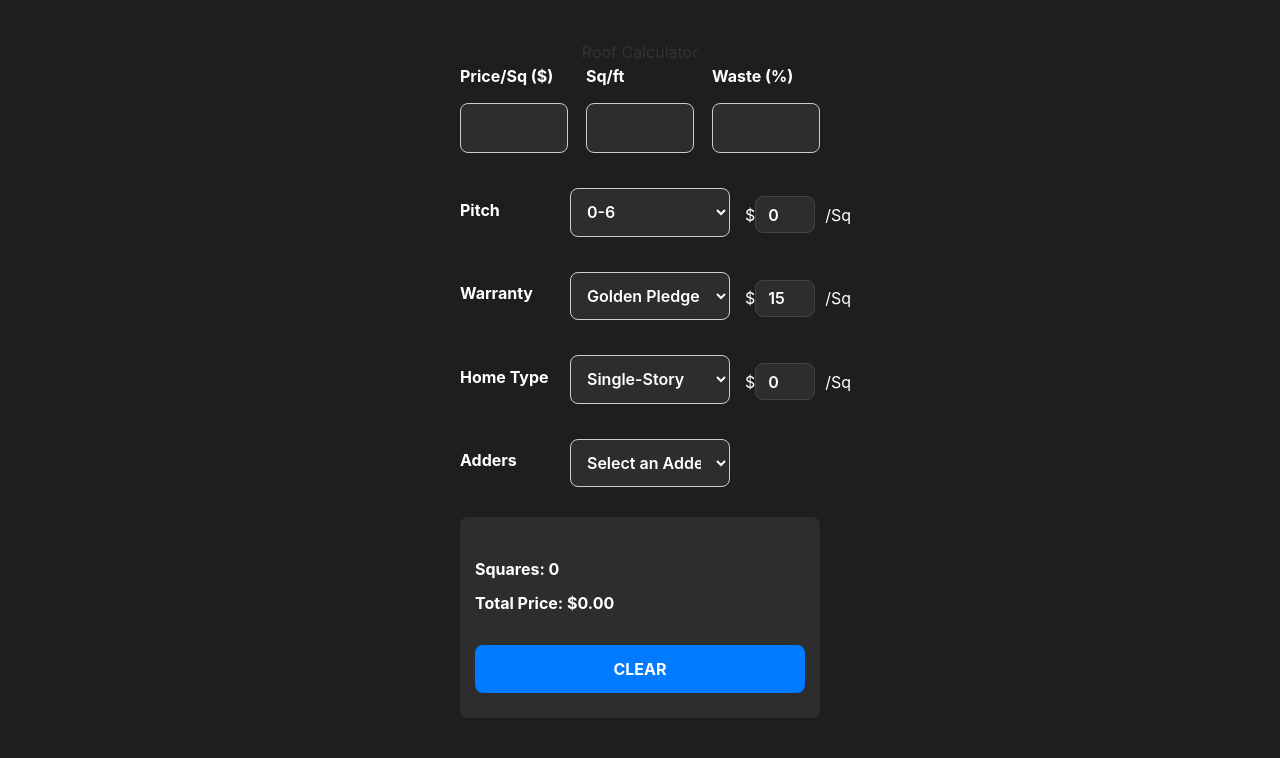
Repository: Tripp-L/roof-calc-app
Page: /
These files come from the project's save history. The page is drawn as it stood at one moment and after the next save; the edit follows.
The browser window is 1280 px wide. The pictures show the whole page.
The project was rebuilt for these pictures with package versions that can differ from the ones it lists, and the page was loaded fresh each time.

Above is the page before, as saved 2024-10-17 23:46:27.

### public/index.html
<!DOCTYPE html>
<html lang="en">
  <head>
    <meta charset="utf-8" />
    <meta name="viewport" content="width=device-width, initial-scale=1" />
    <title>Roof Calc App</title>
  </head>
  <body>
    <noscript>You need to enable JavaScript to run this app.</noscript>
    <div id="root"></div>
  </body>
</html>

### src/App.js
import React from 'react';
import RoofCalculator from './RoofCalculator';
import './App.css';

function App() {
  return (
    <div className="App">
      <RoofCalculator />
    </div>
  );
}

export default App;

### src/App.css
@import 'tailwindcss/base';
@import 'tailwindcss/components';
@import 'tailwindcss/utilities';

body {
  font-family: -apple-system, BlinkMacSystemFont, "Segoe UI", Roboto, Helvetica, Arial, sans-serif, "Apple Color Emoji", "Segoe UI Emoji", "Segoe UI Symbol";
}

input:focus, select:focus {
  outline: none;
}

.price-input-container {
  display: inline-flex;
  align-items: center;
  border: 1px solid #ccc;
  border-radius: 4px;
  overflow: hidden;
}

.price-symbol {
  padding-left: 8px;
  color: #666;
}

.price-input {
  border: none;
  outline: none;
  padding: 8px;
  width: 60px;
  font-size: 16px;
}

.price-input::-webkit-inner-spin-button,
.price-input::-webkit-outer-spin-button {
  opacity: 1;
}

.App {
  display: flex;
  flex-direction: column;
  min-height: 100vh;
  max-width: 100%;
  padding: 20px;
  font-size: 16px;
  line-height: 1.5;
  touch-action: manipulation;
}

@media (min-width: 768px) {
  .App {
    max-width: 90%;
    margin: 0 auto;
  }
}

@media (min-width: 1024px) {
  .App {
    max-width: 1200px;
  }
}

.App input,
.App select,
.App button {
  font-size: 16px;
  padding: 12px;
  margin: 10px 0;
  border-radius: 8px;
  border: 1px solid #ccc;
  width: 100%;
  box-sizing: border-box;
}

.App button {
  background-color: #007bff;
  color: white;
  border: none;
  cursor: pointer;
  transition: background-color 0.3s ease;
}

.App button:hover,
.App button:focus {
  background-color: #0056b3;
}

.App label {
  display: block;
  margin-bottom: 5px;
  font-weight: bold;
}

.sqft-input {
  width: 10%;
  padding: 8px;
  margin-top: 5px;
  border: 1px solid #ccc;
  border-radius: 4px;
  box-sizing: border-box;
}

.waste-select {
  width: 10%;
  padding: 8px;
  margin-top: 5px;
  border: 1px solid #ccc;
  border-radius: 4px;
  box-sizing: border-box;
}

.warranty-container {
  display: flex;
  align-items: center;
  margin-bottom: 10px;
}

.warranty-price-container {
  display: flex;
  align-items: center;
  margin-left: 10px;
}

.dollar-sign {
  margin-right: 5px;
  font-weight: bold;
}

.warranty-price-adjust {
  padding: 5px;
}

.warranty-price-adjust::before {
  content: "+";
  margin-right: 5px;
}

.warranty-adjust {
  margin-left: 10px;
}

.warranty-adjust select {
  margin-left: 5px;
}

.keypad button:last-child {
  grid-column: span 4;
  background-color: #f0f0f0;
  color: #333;
}

.digits button:last-child {
  background-color: #f0f0f0;
  color: #333;
  grid-column: span 2;
}

.home-type-section {
  margin-bottom: 20px;
}

.home-type-options {
  display: flex;
  justify-content: space-between;
  align-items: center;
  margin-bottom: 10px;
}

.home-type-options label {
  display: flex;
  align-items: center;
}

.price-input {
  display: flex;
  align-items: center;
  border: 1px solid #ccc;
  border-radius: 4px;
  padding: 5px;
}

.price-input span {
  margin-right: 5px;
}

.price-input input {
  border: none;
  outline: none;
  width: 60px;
}

### src/RoofCalculator.css
body {
  background-color: #1e1e1e;
  color: #ffffff;
  font-family: Arial, sans-serif;
}

.calculator {
  max-width: 400px;
  margin: 0 auto;
  padding: 20px;
}

.input-group {
  display: grid;
  grid-template-columns: 100px 1fr 80px;
  align-items: center;
  gap: 10px;
  margin-bottom: 15px;
}

.input-group label {
  margin-right: 0;
}

/* Style for the previously longer inputs */
.input-group input[type="number"] {
  width: 84px;
  height: 37px;
  background-color: #2d2d2d;
  color: white;
  border: 1px solid #444;
  padding: 2 8px;
  font-size: 16px;
  font-weight: 600;
  line-height: 22px;
  box-sizing: border-box;
  margin-bottom: 10px;
}

/* Style for select dropdowns and pitch price input */
.input-group select,
.warranty-price-input input,
.home-type-price-input input {
    width: 100%;
    height: 30px;
    background-color: #2d2d2d;
    color: white;
    border: 1px solid #444;
    padding: 0 8px;
    font-size: 14px;
    line-height: 30px;
    box-sizing: border-box;
    margin-bottom: 10px;
}

.input-group select,
.pitch-price-input input {
  width: 150px; /* Reduced from 100% */
  height: 48.5px;
  background-color: #2d2d2d;
  color: white;
  border: 1px solid #444;
  padding: 2 8px;
  font-size: 14px;
  font-weight: 600;
  line-height: 30px;
  box-sizing: border-box;
}


.pitch-price-input,
.warranty-price-input,
.home-type-price-input {
  display: flex;
  align-items: center;
  width: 100%;
}

.dollar-sign {
  color: #ccc;
  margin-right: 2px;
}

label {
  display: block;
  margin-bottom: 20px;
}

input, select {
  width: 100%;
  padding: 8px;
  background-color: #2d2d2d;
  border: 1px solid #3d3d3d;
  color: #ffffff;
  margin-bottom: 20px;
}

.results {
  margin-top: 20px;
  font-weight: bold;
  font-size: 20px;
  margin-bottom: 10px;
}

h1 {
  text-align: center;
  color: #333;
  margin-bottom: 25px;
}

.calculator-section {
  margin-bottom: 20px;
}

.price-input-container {
  display: inline-flex;
  align-items: center;
  border: 1px solid #ccc;
  border-radius: 4px;
  overflow: hidden;
  margin-top: 20px;
  margin-bottom: 20px;
}

.price-symbol {
  padding: 0 8px;
  background-color: #f0f0f0;
  color: #666;
}

.price-input {
  width: 60px;
  border: none;
  padding: 8px;
  text-align: right;
  font-size: 16px;
  font-weight: 600;
  margin-top: 20px;
  margin-bottom: 20px;
}

.total {
  background-color: #f0f0f0;
  padding: 15px;
  border-radius: 5px;
  text-align: center;
  font-size: 25px;
  font-weight: 600;
  line-height: 22px;
  box-sizing: border-box;
  background-color: #2d2d2d;
  color: rgb(255, 255, 255);
}

.total h3 {
  margin: 10;
  color: #333;
  color: rgb(255, 255, 255);
}

.total p {
  font-size: 26px;
  font-weight: bold;
  color: #4CAF50;
  margin: 20px 0 0;
  color: rgb(255, 255, 255);
}

.warranty-price-input {
  display: flex;
  align-items: center;
  margin-top: 5px;
}

.warranty-price-input input {
  width: 60px;
  height: 30px;
  background-color: #2d2d2d;
  color: white;
  border: 1px solid #444;
  padding: 0 8px;
  font-size: 14px;
  line-height: 30px;
  box-sizing: border-box;
}

.warranty-price-input span {
  color: #ccc;
  margin: 0 4px;
}

.home-type-group {
  margin-bottom: 20px;
}

.home-type-label {
  font-size: 18px;
  font-weight: bold;
  color: #ffffff;
  margin-bottom: 10px;
  display: block;
}

.home-type-options {
  display: grid;
  grid-template-columns: auto 1fr auto;
  gap: 8px 12px;
  align-items: center;
}

.home-type-option input[type="radio"] {
  appearance: none;
  width: 12px;
  height: 12px;
  border: 2px solid #ffffff;
  border-radius: 50%;
  outline: none;
  cursor: pointer;
  margin: 0;
}

.home-type-option input[type="radio"]:checked {
  background-color: #ffffff;
  box-shadow: inset 0 0 0 2px #2d2d2d;
}

.home-type-text {
  color: #cccccc;
  font-size: 14px;
}

.home-type-price {
  color: #cccccc;
  font-size: 14px;
  justify-self: end;
}

.price-input-wrapper {
  display: flex;
  align-items: center;
  margin-top: 5px;
}

.price-input-wrapper input[type="number"] {
  width: 60px;
  margin-right: 5px;
}

.price-input-wrapper span {
  margin-left: 5px;
}

.results-container {
  display: flex;
  flex-direction: column;
  background-color: #2d2d2d;
  padding: 15px;
  border-radius: 8px;
  margin-top: 20px;
}

.results {
  margin-bottom: 15px;
}

.results p {
  margin: 5px 0;
  font-size: 16px;
  color: #ffffff;
}

.results p:first-child {
  margin-bottom: 10px;
}

.clear-button {
  width: 100%;
  padding: 10px 0;
  background-color: #dc3545;  /* Changed to red */
  color: white;
  border: none;
  border-radius: 4px;
  font-size: 16px;
  font-weight: bold;
  text-transform: uppercase;
  cursor: pointer;
  transition: background-color 0.3s ease;
}

.clear-button:hover {
  background-color: #c82333;  /* Darker red on hover */
}

.clear-button:active {
  background-color: #bd2130;  /* Even darker red when active */
}

.selected-adder .adder-input-wrapper {
  display: flex;
  align-items: center;
}

.selected-adder input[type="number"] {
  width: 60px;
  margin-right: 5px;
}

.selected-adder span {
  margin-right: 10px;
}

.remove-adder {
  background: none !important;
  border: none;
  color: white;
  font-size: 1.2em;
  cursor: pointer;
  padding: 0;
  margin-left: 10px;
  line-height: 1;
}

.remove-adder:hover {
  color: #ff4d4d; /* Light red color on hover */
}

.adder-input-wrapper {
  display: flex;
  align-items: center;
}

.selected-adder input[type="number"] {
  width: 60px;
  margin-right: 5px;
}

.selected-adder span {
  margin-right: 10px;
}

/* Add this new class */
.horizontal-inputs {
  display: flex;
  justify-content: space-between;
  margin-bottom: 15px; /* Adjust as needed */
}

/* Modify the existing .input-group class */
.input-group {
  display: grid;
  grid-template-columns: 100px 1fr 80px;
  align-items: center;
  gap: 10px;
  margin-bottom: 15px;
}

/* Add this new class for the horizontal input groups */
.horizontal-input-group {
  width: 30%; /* Adjust this value to control spacing between inputs */
}

.horizontal-input-group label {
  display: block;
  margin-bottom: 5px;
}

.horizontal-input-group input[type="number"] {
  width: 100%; /* Make the input fill its container */
}

/* Adjust the width of select dropdowns */
.input-group select {
  width: 100%;
  height: 48.5px;
  background-color: #2d2d2d;
  color: white;
  border: 1px solid #444;
  padding: 2px 8px;
  font-size: 14px;
  font-weight: 600;
  line-height: 30px;
  box-sizing: border-box;
}

/* Adders dropdown */
.input-group:last-of-type select {
  width: 100%; /* Full width for Adders dropdown */
}

/* Adjust the price input wrappers */
.pitch-price-input,
.warranty-price-input,
.home-type-price-input {
  display: flex;
  align-items: center;
  width: 100%;
}

/* Adjust the width of the price inputs */
.pitch-price-input input,
.warranty-price-input input,
.home-type-price-input input {
  width: 100%;
  height: 48.5px;
  background-color: #2d2d2d;
  color: white;
  border: 1px solid #444;
  padding: 0 8px;
  font-size: 14px;
  line-height: 48.5px;
  box-sizing: border-box;
}

/* Adders dropdown */
.input-group:last-of-type {
  grid-template-columns: 100px 1fr;
}

.input-group:last-of-type select {
  grid-column: 2 / -1;
}

Loaded but not shown: src/index.js (common file); tailwind.config.js (common file); src/RoofCalculator.js (492 lines, source omitted)

After the next save:
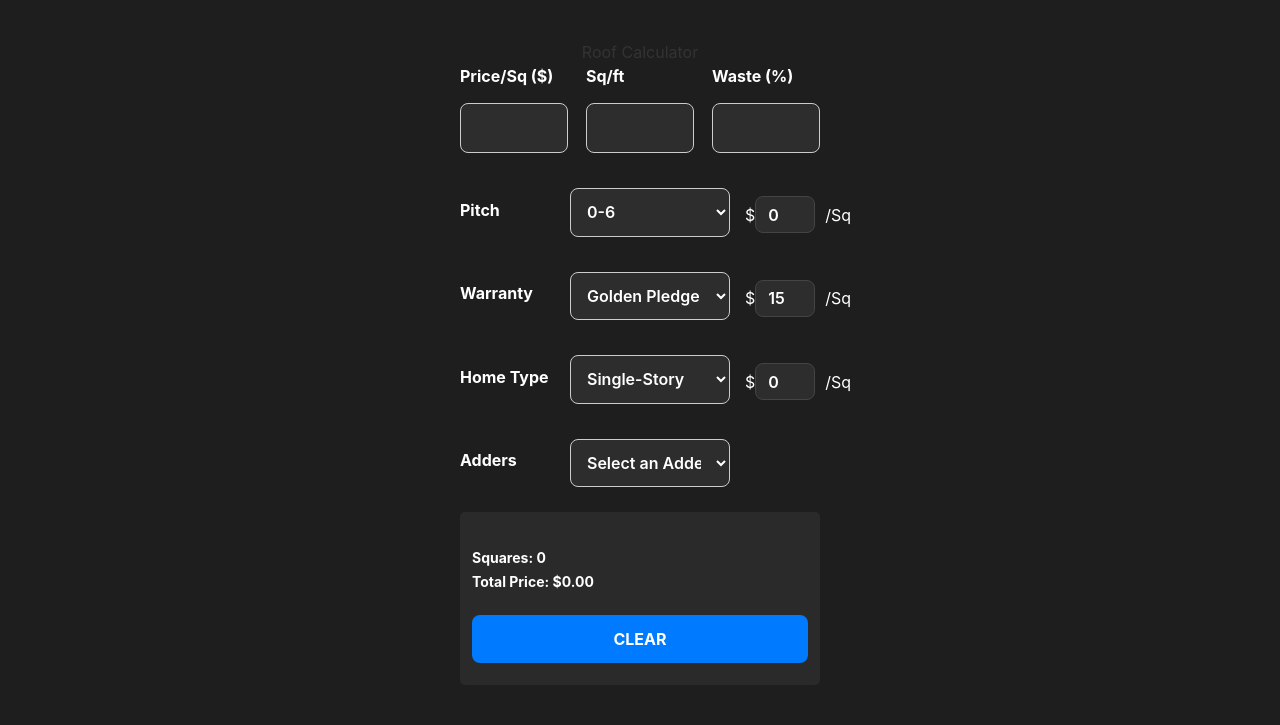
Saved 87 s later.
--- a/src/RoofCalculator.css
+++ b/src/RoofCalculator.css
@@ -253,34 +253,30 @@ h1 {
 .results-container {
   display: flex;
   flex-direction: column;
-  background-color: #2d2d2d;
-  padding: 15px;
-  border-radius: 8px;
-  margin-top: 20px;
+  background-color: #2a2a2a;
+  padding: 12px;
+  border-radius: 5px;
+  margin-top: 15px;
 }
 
 .results {
-  margin-bottom: 15px;
+  margin-bottom: 10px;
 }
 
 .results p {
-  margin: 5px 0;
-  font-size: 16px;
+  margin: 3px 0;
+  font-size: 14px;
   color: #ffffff;
 }
 
-.results p:first-child {
-  margin-bottom: 10px;
-}
-
 .clear-button {
   width: 100%;
-  padding: 10px 0;
-  background-color: #dc3545;  /* Changed to red */
+  padding: 8px 0;
+  background-color: #dc3545;
   color: white;
   border: none;
   border-radius: 4px;
-  font-size: 16px;
+  font-size: 14px;
   font-weight: bold;
   text-transform: uppercase;
   cursor: pointer;
@@ -288,11 +284,11 @@ h1 {
 }
 
 .clear-button:hover {
-  background-color: #c82333;  /* Darker red on hover */
+  background-color: #c82333;
 }
 
 .clear-button:active {
-  background-color: #bd2130;  /* Even darker red when active */
+  background-color: #bd2130;
 }
 
 .selected-adder .adder-input-wrapper {
